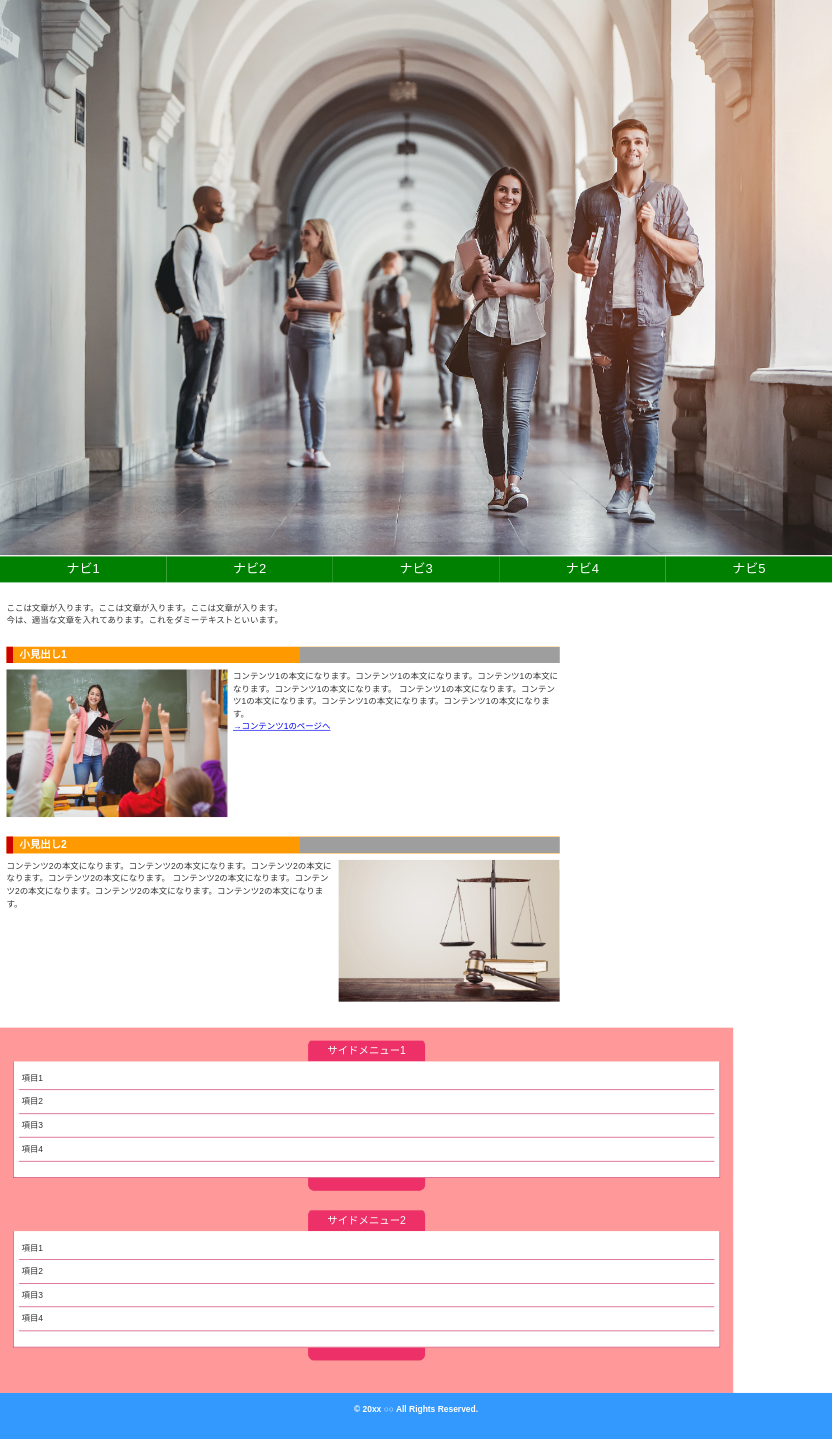
Repository: ryotaro516/Samurai_JS
Page: C9/index.html
The author's editor kept a record of every edit. The page is drawn from the files as they stood at one moment, then again after the next edit.
The browser window is 1280 px wide. The pictures show the whole page, at 65% of full size.
Pictures or frames that could not be fetched are drawn as grey boxes.

Above is the page before.

### C9/index.html
<!DOCTYPE html>
<html lang="ja">
    <head>
        <meta charset="UTF-8">
        <title>HTML/CSSの学習</title>
        <link rel="stylesheet" href="stylesheet.css">
    </head>
    <body>
        <div id="header">
            <h1><a href="index.html"><img id="corridor" src="images/corridor.jpg" alt="大学の廊下" /></a></h1>
        </div>
        <div id="wrapper">
            <div id="nav">
                <ul>
                    <li><a href="home.html">ナビ1</a></li>
                    <li><a href="#">ナビ2</a></li>
                    <li><a href="#">ナビ3</a></li>
                    <li><a href="#">ナビ4</a></li>
                    <li><a href="#">ナビ5</a></li>
                </ul>
            </div>
            <div id="container">
                <div id="main">
                    <div class="post">
                        <p>ここは文章が入ります。ここは文章が入ります。ここは文章が入ります。<br />今は、適当な文章を入れてあります。これをダミーテキストといいます。</p>
                    </div>
                    <div class="post clearfix">
                        <h2>小見出し1</h2>
                        <img class="left" src="images/classroom.jpg" alt="授業風景" />
                        <p>
                            コンテンツ1の本文になります。コンテンツ1の本文になります。コンテンツ1の本文になります。コンテンツ1の本文になります。
                            コンテンツ1の本文になります。コンテンツ1の本文になります。コンテンツ1の本文になります。コンテンツ1の本文になります。
                        </p>
                        <p><a href="#">→コンテンツ1のページへ</a></p>
                    </div>
                    <div class="post clearfix">
                        <h2>小見出し2</h2>
                        <img class="right" src="images/scale.jpg" alt="天秤" />
                        <p>
                            コンテンツ2の本文になります。コンテンツ2の本文になります。コンテンツ2の本文になります。コンテンツ2の本文になります。
                            コンテンツ2の本文になります。コンテンツ2の本文になります。コンテンツ2の本文になります。コンテンツ2の本文になります。
                        </p>
                    </div>
                </div>
            </div>
            <div id="side">
                <div class="box">
                    <h2>サイドメニュー1</h2>
                    <div class="boxBody">
                        <ul>
                            <li>項目1</li>
                            <li>項目2</li>
                            <li>項目3</li>
                            <li>項目4</li>
                        </ul>
                    </div>
                </div>
                <div class="box">
                    <h2>サイドメニュー2</h2>
                    <div class="boxBody">
                        <ul>
                            <li>項目1</li>
                            <li>項目2</li>
                            <li>項目3</li>
                            <li>項目4</li>
                        </ul>
                    </div>
                </div>
            </div>
        </div>
        <div id="footer">
            <p>&copy; 20xx ○○ All Rights Reserved.</p>
　　    </div>
    </body>
</html>

### C9/stylesheet.css
@charset "utf-8";

body {
	margin: 0;
	padding: 0;
	font-family: "ヒラギノ角ゴ Pro W3", "Hiragino Kaku Gothic Pro", "メイリオ", Meiryo, Osaka, "ＭＳ Ｐゴシック", "MS PGothic", sans-serif;
	color: #333;
	font-size: 13px;
	line-height: 150%;
}

/* -------------------- wrapper -------------------- */
#wrapper {
    width: 100%;
    margin: auto;
    padding: 0px;
    border: 0px;
    background-color: #FFF;
    top: 10px;
}

/* -------------------- header -------------------- */
#header {
	width: 100%;
}
#header h1 {
	margin: 0;
	padding: 0;
}

#corridor {
	width: 100%;
	height: auto;
}

/* -------------------- footer -------------------- */
#footer {
	clear: both;
	width: 100%;
	padding: 3px 0 3px 0;
	background: #39F;
	color: #FFF;
	font-weight: bold;
	text-align: center;
}

/* -------------------- nav -------------------- */
#nav {
	width: 100%;
}
#nav ul {
	display: flex;
	margin: 0;
	padding: 0;
	list-style-type: none;
}
#nav ul li {
	width: 20%;
	text-align: center;
}
#nav ul li a {
	display: block;
	height: 20px;
	margin: 0;
	padding: 10px;
	color: #FFF;
	font-size: 20px;
	text-decoration: none;
	background-color: green;
}

#nav ul li a:hover {
	filter: drop-shadow(10px 10px 10px black);
}

/* -------------------- container -------------------- */
#container {
	width: 100%;
	margin: auto ;
	padding: auto;
	padding-top: 20px;
	clear: both;
	display: grid;
	grid-template-columns: 70vw 30vw;
}
/* -------------------- main -------------------- */
#main {
	width: 95%;
	padding: 10px 30px 10px 10px;
}
#main h2 {
	margin: 0 0 10px 0;
	padding: 3px 10px 3px 10px;
	color: #FFF;
	font-size: 16px;
	border-left: solid 10px #C00;
	background: #F90 url(../images/main_h2.jpg) right top repeat-y;
}
#main p {
	margin: 0;
	padding: 0;
}
#main .post {
	margin: 0 0 30px 0;
}
#main .post img.right {
	margin: 0 0 0 8px;
}
#main .post img.left {
	margin: 0 8px 0 0;
}

.right {
	float: right;
	width: 40%;
	height: auto;
}
.left {
	float: left;
	width: 40%;
	height: auto;
}

/* -------------------- clearfix -------------------- */
.clearfix {
	zoom: 1;
}
.clearfix:after{
	content: "";
	display: block;
	clear: both;
}

/* -------------------- side -------------------- */
#side {
	width: 85%;
	padding: 20px;
	background-color: #F99;
}
#side .box {
	margin: 0 auto 30px auto;
	padding: 0 0 20px 0;
	background: url(images/side_box.png) bottom no-repeat;
}
#side .box h2 {
	margin: 0;
	padding: 8px;
	text-align: center;
	color: #fff;
	font-size: 16px;
	line-height: 16px;
	font-weight: normal;
	background: url(images/side_box_h2.png) center no-repeat;
}
#side .box .boxBody {
	padding: 8px;
	border-right: solid 1px #C36;
	border-bottom:solid 1px #C36;
	border-left: solid 1px #C36;
	background: #fff;
}
#side .box .boxBody ul {
	margin: 0 0 16px 0;
	padding: 0;
}
#side .box .boxBody ul li {
	padding: 8px 0 8px 4px;
	list-style: none;
	border-bottom: solid 1px #C36;
}

#side .box .boxBody ul li:hover {
	padding: 8px 0 8px 4px;
	list-style: none;
	border-bottom: solid 1px #C36;
	box-shadow: 0px 4px 4px rgba(0, 0, 0, 0.3);
}

After the next edit:
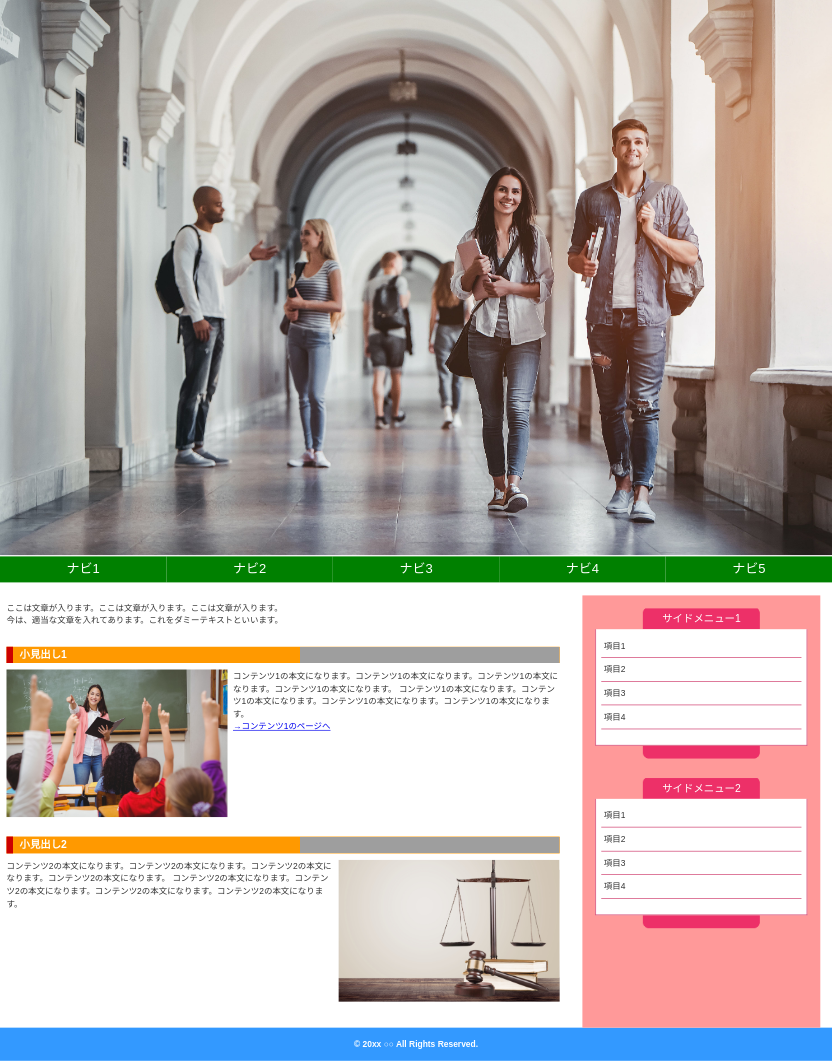
The edit:
--- a/C9/index.html
+++ b/C9/index.html
@@ -42,34 +42,34 @@
                         </p>
                     </div>
                 </div>
-            </div>
-            <div id="side">
-                <div class="box">
-                    <h2>サイドメニュー1</h2>
-                    <div class="boxBody">
-                        <ul>
-                            <li>項目1</li>
-                            <li>項目2</li>
-                            <li>項目3</li>
-                            <li>項目4</li>
-                        </ul>
+                <div id="side">
+                    <div class="box">
+                        <h2>サイドメニュー1</h2>
+                        <div class="boxBody">
+                            <ul>
+                                <li>項目1</li>
+                                <li>項目2</li>
+                                <li>項目3</li>
+                                <li>項目4</li>
+                            </ul>
+                        </div>
                     </div>
-                </div>
-                <div class="box">
-                    <h2>サイドメニュー2</h2>
-                    <div class="boxBody">
-                        <ul>
-                            <li>項目1</li>
-                            <li>項目2</li>
-                            <li>項目3</li>
-                            <li>項目4</li>
-                        </ul>
+                    <div class="box">
+                        <h2>サイドメニュー2</h2>
+                        <div class="boxBody">
+                            <ul>
+                                <li>項目1</li>
+                                <li>項目2</li>
+                                <li>項目3</li>
+                                <li>項目4</li>
+                            </ul>
+                        </div>
                     </div>
                 </div>
             </div>
         </div>
         <div id="footer">
             <p>&copy; 20xx ○○ All Rights Reserved.</p>
-　　    </div>
+        </div>
     </body>
 </html>
